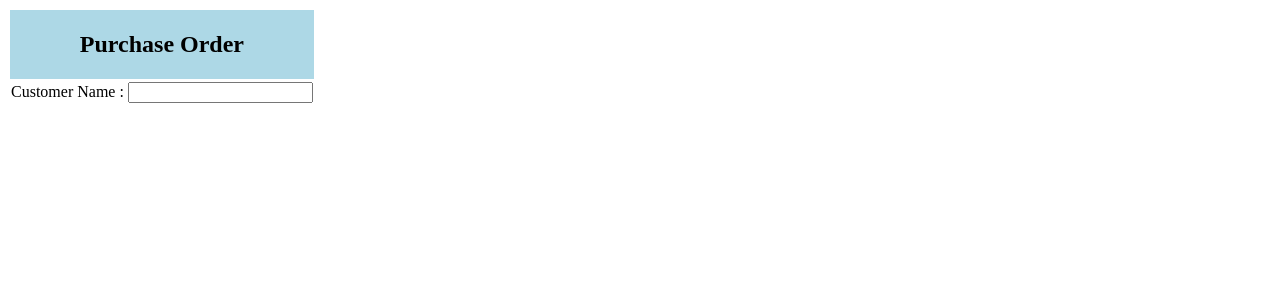
Repository: FatCat0712/JSP
Page: http://localhost/bai_20/
These files come from the project's save history. The page is drawn as it stood at one moment and after the next save; the edit follows.
The browser window is 1280 px wide. The pictures show the whole page.
The page is served by Tomcat 9.

Above is the page before, as saved 2024-04-22 01:20:06.

### bai_20/src/main/webapp/index.jsp
<%@ page language="java" contentType="text/html; charset=UTF-8"
    pageEncoding="UTF-8"%>
<!DOCTYPE html>
<html>
<head>
<meta charset="UTF-8">
<title>Insert title here</title>
</head>
<body>
<form action="trangDatHang.jsp" method="post">
	<table>
		<tr>
			<td colspan="2" style="background-color: lightblue; text-align: center">
				<h2>Purchase Order</h2>
			</td>
		</tr>
		<tr>
			<td>
				<label>Customer Name : </label>
			</td>
			<td>
				<input type="text" name="name"/>
			</td>
		</tr>
	</table>
</form>

</body>
</html>

After the next save:
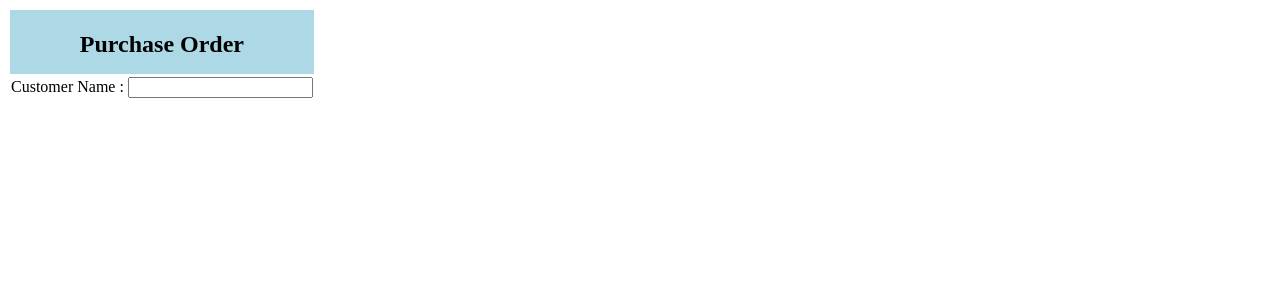
Saved 31 s later.
--- a/bai_20/src/main/webapp/index.jsp
+++ b/bai_20/src/main/webapp/index.jsp
@@ -11,7 +11,7 @@
 	<table>
 		<tr>
 			<td colspan="2" style="background-color: lightblue; text-align: center">
-				<h2>Purchase Order</h2>
+				<h2 style="margin-bottom: 15px">Purchase Order</h2>
 			</td>
 		</tr>
 		<tr>
